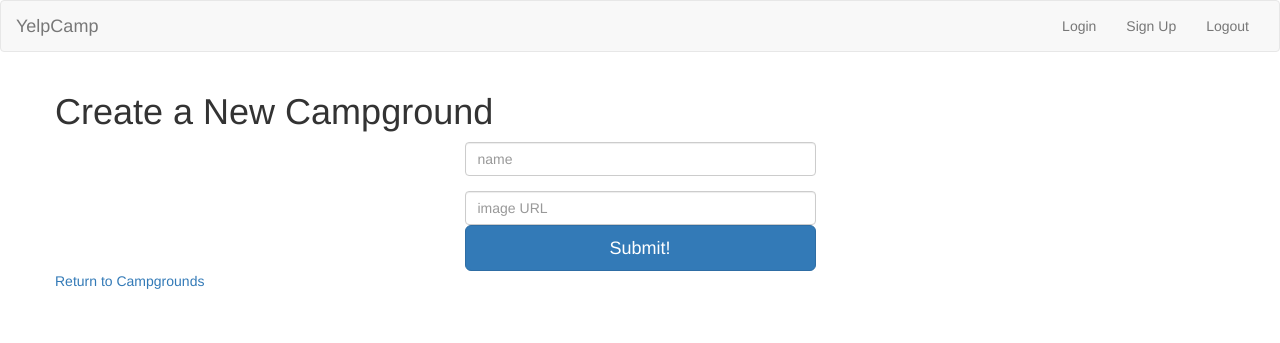
Repository: pdurkin/Web-Dev-Class
Page: http://localhost/campgrounds/new
The author's editor kept a record of every edit. The page is drawn from the files as they stood at one moment, then again after the next edit.
The browser window is 1280 px wide. The pictures show the whole page.
The page is served by the project's Node server (YelpCamp/v1/app.js).

Above is the page before.

After the next edit:
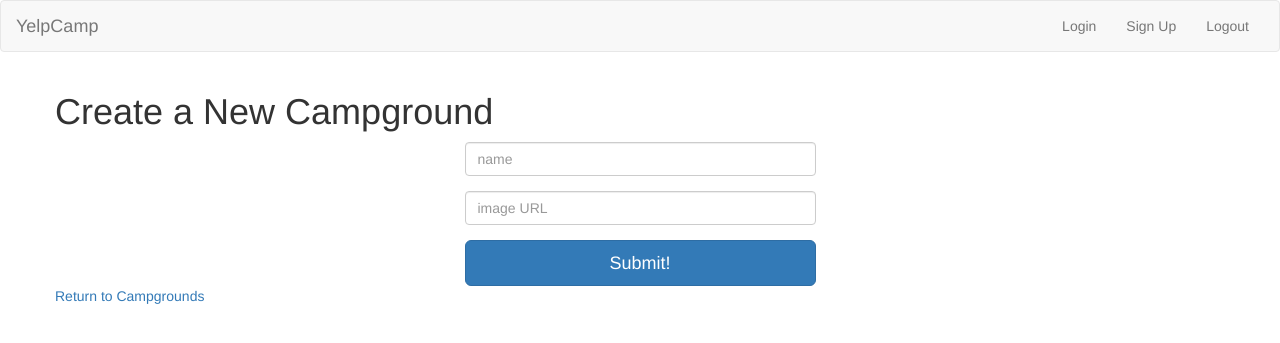
The edit:
--- a/Back End Lessons/YelpCamp/v1/views/new.ejs
+++ b/Back End Lessons/YelpCamp/v1/views/new.ejs
@@ -8,9 +8,10 @@
                 <div class="form-group">
                     <input class="form-control" type="text" name="name" placeholder="name">
                 </div>
+                <div class="form-group">
+                    <input class="form-control" type="text" name="image" placeholder="image URL">
+                </div>
                 <div class="form-group"></div>
-                <div class="form-group"></div>
-                <input class="form-control" type="text" name="image" placeholder="image URL">
                 <!-- Bootstrap classes -->
                 <button class="btn btn-default btn-lg btn-primary btn-block">Submit!</button>
             </form>
